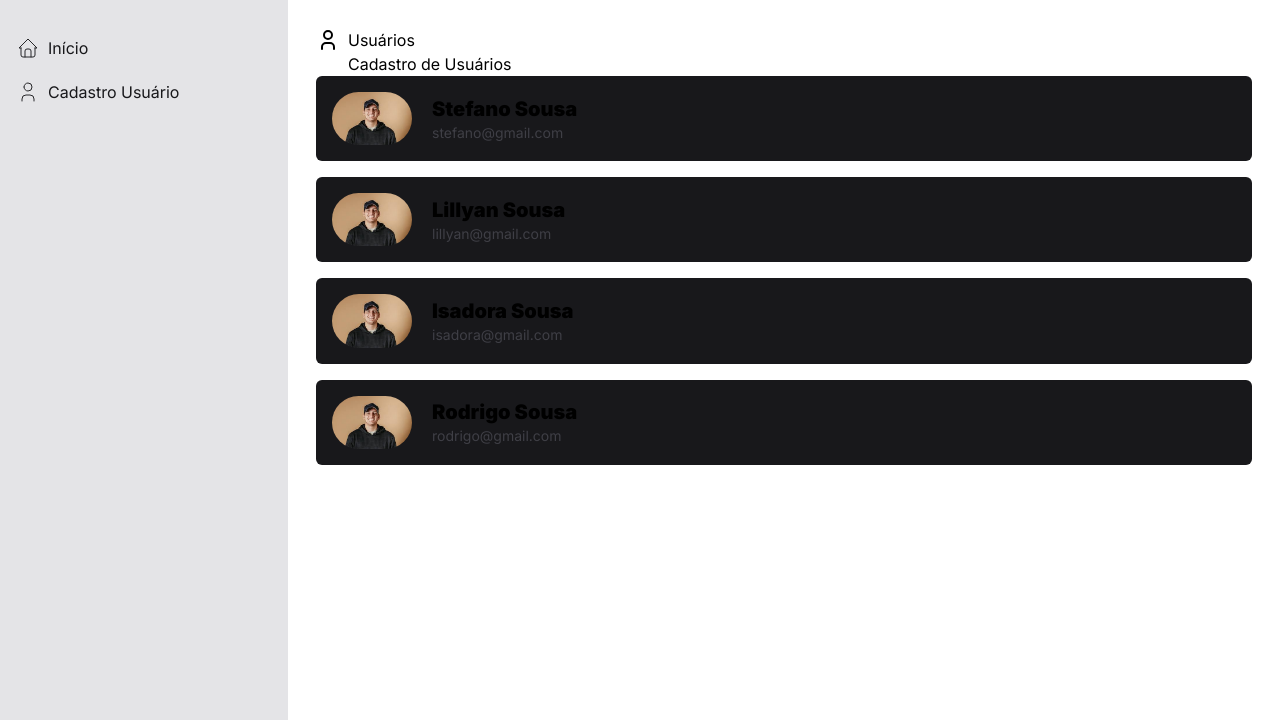
Repository: stefanosousaa/app-bd
Page: /usuarios
The author's editor kept a copy of each file at every save. The page is drawn from the files as they stood at one save, then again after the next save.
The browser window is 1280 px wide. The pictures show the whole page.
The project was rebuilt for these pictures with package versions that can differ from the ones it lists, and the page was loaded fresh each time. The framework's server and built-in components were replaced by stand-ins that run in the browser. Also part of the build but not shown: next.config.mjs.

Above is the page before, as saved 2024-05-25 23:56:09.

### src/app/(internas)/usuarios/page.tsx
import Pagina from "@/app/components/template/Pagina";
import Titulo from "@/app/components/template/Titulo";
import ListaUsuario from "@/app/components/usuario/ListaUsuario";
import { IconUser } from "@tabler/icons-react";


export default function Page(){
    return(
        <Pagina>
            <Titulo icone={IconUser} principal="Usuários" secundario="Cadastro de Usuários"/>
           <ListaUsuario/>
        </Pagina>
    )
}

### src/app/components/template/Pagina.tsx
import Menu from "./Menu"

export interface PaginaProps {
    children: any
}

export default function Pagina(props: PaginaProps){
    return (
     <div className="flex ">
        <Menu/>
        <main className="flex-1 p-7">{props.children}</main>

    </div>
    )

}

### src/app/components/template/Titulo.tsx
import { ElementType } from "react"

export interface TituloProps {
    principal: string
    secundario: string
    icone: ElementType
}

export default function Titulo(props: TituloProps){
    return(
          <div className="flex gap-2">
            <props.icone/>
            <div className="flex flex-col">
                <h1>{props.principal}</h1>
                <h2>{props.secundario}</h2>
            </div>

          </div>
    )
}

### src/app/components/usuario/ListaUsuario.tsx

import { Usuario } from '@/core/model/Usuario'
import usuarios from '../../data/constants/usuarios'
import LinhaUsuario from './LinhaUsuario'

export default function ListaUsuario(){
    return(
        <div className="flex flex-col gap-4">
            {usuarios.map((usuario: Usuario) => {
                return <LinhaUsuario key={usuario.id} usuario={usuario}/>
            })}

        </div>
    )
}

### src/app/components/template/Menu.tsx
import { IconHome, IconUser } from "@tabler/icons-react"
import Link from "next/link"
import MenuItem from "./MenuItem"



export default function Menu(){
    return (
    <aside className="w-72 bg-zinc-200 h-screen">
         <nav className="flex flex-col gap-1 py-7">
            <MenuItem icone={IconHome} texto="Início" url="/" />
            <MenuItem icone={IconUser} texto="Cadastro Usuário" url="/usuarios" />


         </nav>
    </aside>
    )
}

### src/app/data/constants/usuarios.ts
import { Usuario } from "@/core/model/Usuario";

const usuarios: Usuario [] = [
    {
        id: "1",
        email:"stefano@gmail.com",
        nome: "Stefano Sousa",
        senha:"123456"
    },
    {
        id: "2",
        email:"lillyan@gmail.com",
        nome: "Lillyan Sousa",
        senha:"123456"
    },
    {
        id: "3",
        email:"isadora@gmail.com",
        nome: "Isadora Sousa",
        senha:"123456"
    },
    {
        id: "4",
        email:"rodrigo@gmail.com",
        nome: "Rodrigo Sousa",
        senha:"123456"
    },
]

export default usuarios

### src/app/components/usuario/LinhaUsuario.tsx
import { Usuario } from "@/core/model/Usuario"
import Image from "next/image"

export interface LinhaUsuarioProps {
    usuario: Usuario
}

export default function LinhaUsuario(props: LinhaUsuarioProps){
    return(
        <div className="flex bg-zinc-900 items-center gap-5 p-4 bg-zinc-200 rounded-md">
            <Image
            src="data:[embedded picture, 6063 characters]"
            width={80}
            height={80}
            className="rounded-full"
            alt="Avatar"
            />



            <div className=" flex flex-col">
              <span className="text-xl font-black">{props.usuario.nome}</span>
              <span className="text-sm text-zinc-700">{props.usuario.email}</span>
            </div>


        </div>
    )
}

### src/app/components/template/MenuItem.tsx
import Link from "next/link"
import { ElementType } from "react"

export interface MenuItemProps{
    icone: ElementType
    texto: string
    url: string
}


export default function MenuItem(props : MenuItemProps){
    return(
        <Link href={props.url} className="flex gap-2 px-4 py-2 hover:bg-white ">
            <props.icone className= "text-zinc-800" size={24} stroke={1}/>
            <span className= "text-zinc-900">{props.texto}</span>
        </Link>
    )
}

Loaded but not shown: src/app/layout.tsx (common file); src/app/globals.css (common file); tailwind.config.ts (common file)

After the next save:
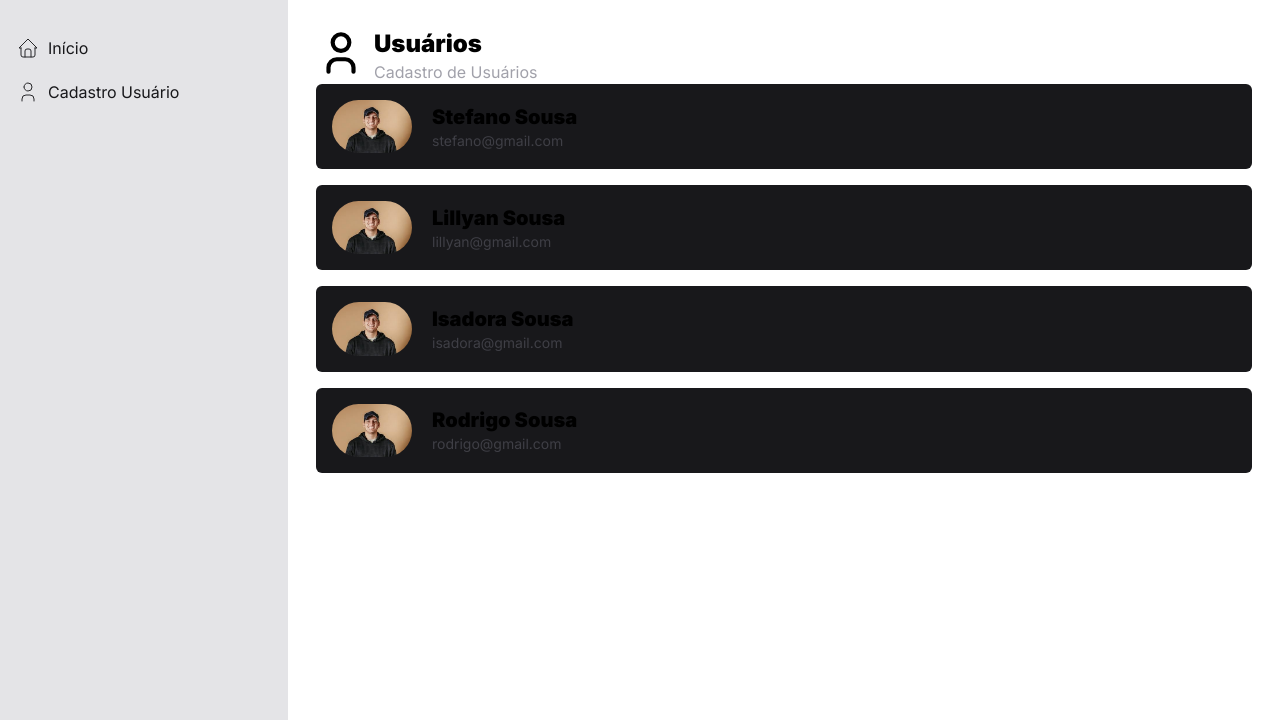
Saved 115 s later.
--- a/src/app/components/template/Titulo.tsx
+++ b/src/app/components/template/Titulo.tsx
@@ -9,10 +9,10 @@ export interface TituloProps {
 export default function Titulo(props: TituloProps){
     return(
           <div className="flex gap-2">
-            <props.icone/>
+            <props.icone size={50}/>
             <div className="flex flex-col">
-                <h1>{props.principal}</h1>
-                <h2>{props.secundario}</h2>
+                <h1 className="text-2xl font-black">{props.principal}</h1>
+                <h2 className="text-zinc-400">{props.secundario}</h2>
             </div>
 
           </div>
